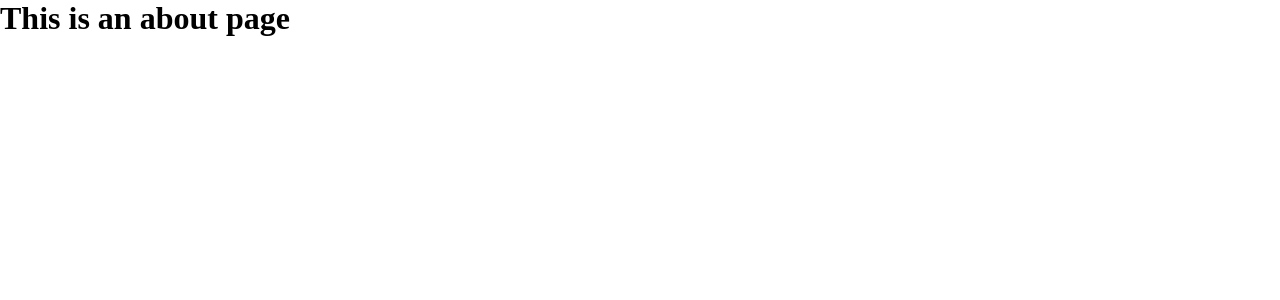
Repository: jinggegeZ/cnode
Page: /about
These files come from the project's save history. The page is drawn as it stood at one moment and after the next save; the edit follows.
The browser window is 1280 px wide. The pictures show the whole page.
The project was rebuilt for these pictures with package versions that can differ from the ones it lists, and the page was loaded fresh each time. Also part of the build but not shown: src/views/Home.vue, src/components/top/top.vue, src/components/right/right.vue, src/views/layout1/layout.vue.

Above is the page before, as saved 2020-06-05 09:47:14.

### src/App.vue
<template>
  <div id="app">
    <router-view/>
  </div>
</template>

<style lang="scss">
   * {
  margin: 0;
  padding: 0;
 }
</style>

### src/router/index.js
import Vue from 'vue'
import VueRouter from 'vue-router'
import Home from '../views/Home.vue'
import layout from '../views/layout1/layout'

Vue.use(VueRouter)

  const routes = [
    {
      path:'/home',
      redirect:'/'
    },
  {
    path:'/',
    name:'layout',
    component: layout,
    children: [
      {
        path: '',
        name: 'Home',
        component: Home
      },
    ]
  },

  {
    path: '/about',
    name: 'About',
    component: () => import('../views/About.vue')
  },
  {
    path: '/parents',
    name: 'parents',
    component: () => import('../views/parents/parents.vue'),

  },
]

const router = new VueRouter({
  mode: 'history',
  base: process.env.BASE_URL,
  routes
})

export default router

### src/store/index.js
import Vue from 'vue'
import Vuex from 'vuex'

Vue.use(Vuex)

export default new Vuex.Store({
  state: {
    name:'jack'
  },
  mutations: {
  },
  actions: {
  },
  modules: {
  }
})

### src/views/About.vue
<template>
  <div class="about">
    <h1>This is an about page</h1>
  </div>
</template>
<script>
 export default {
   data () {
     return {

     }
   },
   components: {

   },
   methods: {

   },
   mounted() {

   },
   watch: {

   },
   computed: {

   }
 }
</script>

Loaded but not shown: public/index.html (common file); src/main.js (common file)

After the next save:
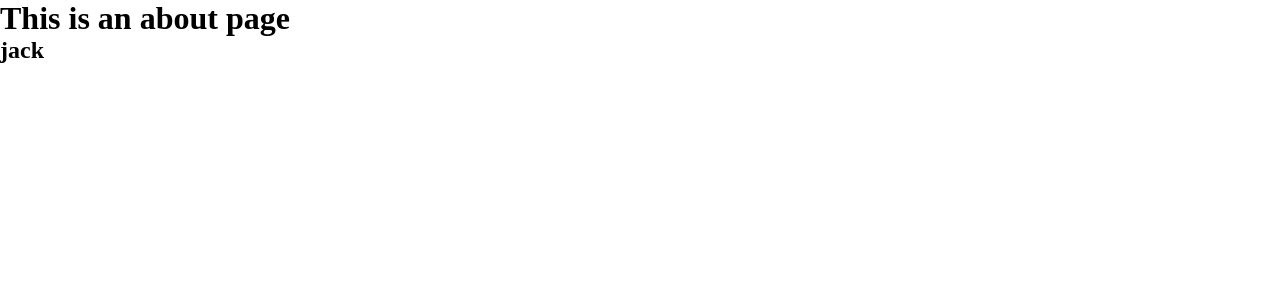
Saved 31 s later.
--- a/src/views/About.vue
+++ b/src/views/About.vue
@@ -1,6 +1,7 @@
 <template>
   <div class="about">
     <h1>This is an about page</h1>
+    <h2>{{name}}</h2>
   </div>
 </template>
 <script>
@@ -23,7 +24,9 @@
 
    },
    computed: {
-
+     name() {
+       return this.$store.state.name
+     }
    }
  }
 </script>
